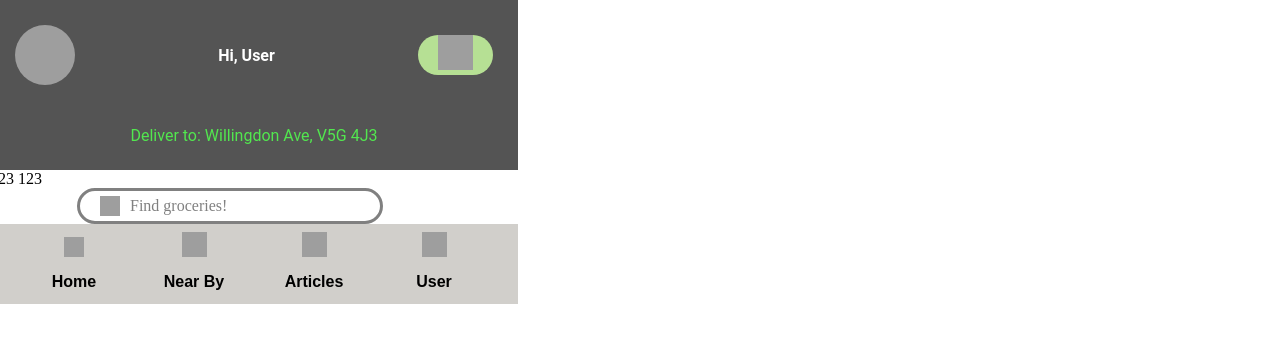
Repository: Apanjapi/Interactive-Web-App-Group2
Page: front-end/main-page.html
These files come from the project's save history. The page is drawn as it stood at one moment and after a run of saves; the edit follows.
The browser window is 1280 px wide. The pictures show the whole page.
Pictures or frames that could not be fetched are drawn as grey boxes.

Above is the page before, as saved 2021-03-08 02:47:52.
Console error: ReferenceError: ProductCardUI is not defined

### front-end/main-page.html
<!DOCTYPE html>
<html>
    <head>
        <title>main page</title>
        <link href="./styling/article.css" rel="stylesheet" type="text/css"/>
    </head>
    <body>
        <div id="main">
            <div class="main-page">
                <div class="top-nav">

                </div>
                <div class="test">
                    123

                    123
                </div>
                <div class="low-nav">

                </div>
            </div>
        </div>
        <script src="./comps/global/top-nav/index.js"></script>
        <script src="./comps/global/low-nav/index.js"></script>
        <script src="./comps/global/search-bar/index.js"></script>
        <script src="main-page.js"></script>
    </body>
</html>

### front-end/styling/article.css
html, body {
    margin: 0;
    padding: 0;
    margin-left: 15px;
    width: 400px;
}

#main {
    width: 100%;
    height: 100%;
    display: flex;
    justify-content: center;
    align-items: center;
    position: relative;
    /* margin-left: 500px;
    margin-left: 500px; */
}

.article {
    width: 100%;
}

.top, .middle, .image, .bottom {
    display: flex;
    justify-content: center;
    align-items: center;
}

.top {
    /* margin-top: 100px; */
}

.bottom {
    flex-direction: column;
    font-size: 20px;
}

.low-nav {
    position: sticky;
    bottom: 0px;
}

@media only screen and (min-width:320px){

}

### front-end/comps/global/top-nav/index.js
function TopNavUI()
{
    return `
      <div style="
        display: flex;
        flex-direction: column;
        background-color: #545454;
        width: 110%;
        height: 170px;
      ">
        <div class="top-row" style="
            display: flex;
            flex-direction: row;
            align-items: center;
            justify-content: space-between;
            margin: 25px;
        ">
          <img src="https://images-na.ssl-images-amazon.com/images/I/51Zjl6B5j9L._AC_SL1000_.jpg" style="
            border-radius: 50%;
            width: 60px;
            height: 60px;
          "/>

          <p style="
            color: white;
            font-family: Roboto;
            font-weight: bold;
          ">Hi, User</p>

          <div class="cart" style="
            background-color: #B6E094;
            width: 75px;
            height: 40px;
            border-radius: 50px;
            display: flex;
            justify-content: center;
          ">
            <img src="https://icon-library.com/images/white-shopping-cart-icon/white-shopping-cart-icon-9.jpg" style="
              width: 35px;
              height: 35px;
            "/>
          </div>
        </div>
        <div class="bot-row" style="
          display: flex;
          justify-content: center;
          align-items: center;
        ">
          <p style="
            color: #52E74F;
            font-family: Roboto;
          ">Deliver to: Willingdon Ave, V5G 4J3</p>
        </div>
      </div>
    `
}

// export const TopNav = TopNavUI();

### front-end/comps/global/low-nav/index.js
function LowerNavUI(){
    return `
      <div style="
        display: flex;
        flex-direction: row;
        background-color: #d1cfcb;
        width: 110%;
        height: 80px;
        justify-content: center;
        align-items: center;
        "
      >
        <div style="
          display: flex;
          flex-direction: column;
          width: 100px;
          height: 100px;
          justify-content: center;
          align-items: center;
          margin: 10px;
          margin-top: 25px;
        "
        >
          <img src="https://cdn4.iconfinder.com/data/icons/pictype-free-vector-icons/16/home-512.png" style="
            width: 20px;
            height: 20px;
          "/>
          <p style="
            color: black;
            font-weight: bold;
            font-family: sans-serif;
          "
          >Home</p>
        </div>

        <div style="
          display: flex;
          flex-direction: column;
          width: 100px;
          height: 100px;
          justify-content: center;
          align-items: center;
          margin: 10px;
          margin-top: 20px;
        "
        >
          <img src="https://cdn3.iconfinder.com/data/icons/glypho-free/64/map-pin-marker-circle-512.png" style="
            width: 25px;
            height: 25px;
          "/>
          <p style="
            color: black;
            font-weight: bold;
            font-family: sans-serif;
          "
          >Near By</p>
        </div>

        <div style="
          display: flex;
          flex-direction: column;
          width: 100px;
          height: 100px;
          justify-content: center;
          align-items: center;
          margin: 10px;
          margin-top: 20px;
        "
        >
          <img src="https://cdn.iconscout.com/icon/free/png-256/shopping-cart-452-1163339.png" style="
            width: 25px;
            height: 25px;
          "/>
          <p style="
            color: black;
            font-weight: bold;
            font-family: sans-serif;
          "
          >Articles</p>
        </div>

        <div style="
          display: flex;
          flex-direction: column;
          width: 100px;
          height: 100px;
          justify-content: center;
          align-items: center;
          margin: 10px;
          margin-top: 20px;
        "
        >
          <img src="https://cdn2.iconfinder.com/data/icons/font-awesome/1792/user-512.png" style="
            width: 25px;
            height: 25px;
          "/>
          <p style="
            color: black;
            font-weight: bold;
            font-family: sans-serif;
          "
          >User</p>
        </div>
      </div>
    `
}

// export const LowerNav = LowerNavUI();

### front-end/comps/global/search-bar/index.js
function SearchBarUI()
{
    return `
      <div style="
        width: 300px;
        height: 30px;
        border-radius: 30px;
        border: 3px solid grey;
        background-color: white;
        display: flex;
        align-items: center;
        margin: auto;
      ">
        <div style="
          margin-left: 20px;
          display: flex;
        ">
          <img src="http://simpleicon.com/wp-content/uploads/magnifier-2.png" style="
            width: 20px;
            height: 20px;
          ">
        </div>

        <div>
          <p style="
            color: grey;
            margin-left: 10px;
          ">Find groceries!</p>
        </div>
      </div>
    `
}

// export const SearchBar = SearchBarUI();

### front-end/main-page.js
document.querySelector(".top-nav").innerHTML += TopNavUI();
document.querySelector(".low-nav").innerHTML += LowerNavUI();
document.querySelector(".test").innerHTML += SearchBarUI();
document.querySelector(".test").innerHTML += ProductCardUI();

After the next 2 saves:
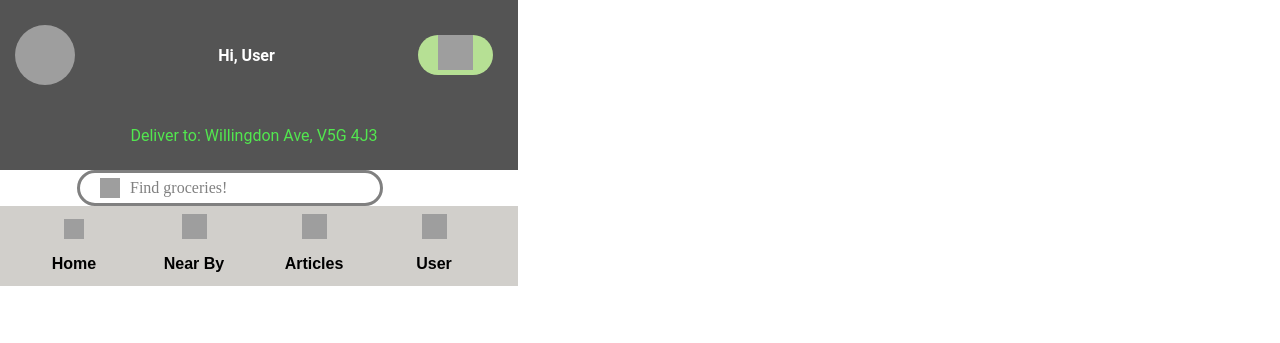
The 2 saves are shown as one change because they came seconds apart.
The last was saved 44 s later.
--- a/front-end/main-page.html
+++ b/front-end/main-page.html
@@ -11,9 +11,7 @@
 
                 </div>
                 <div class="test">
-                    123
 
-                    123
                 </div>
                 <div class="low-nav">
 
